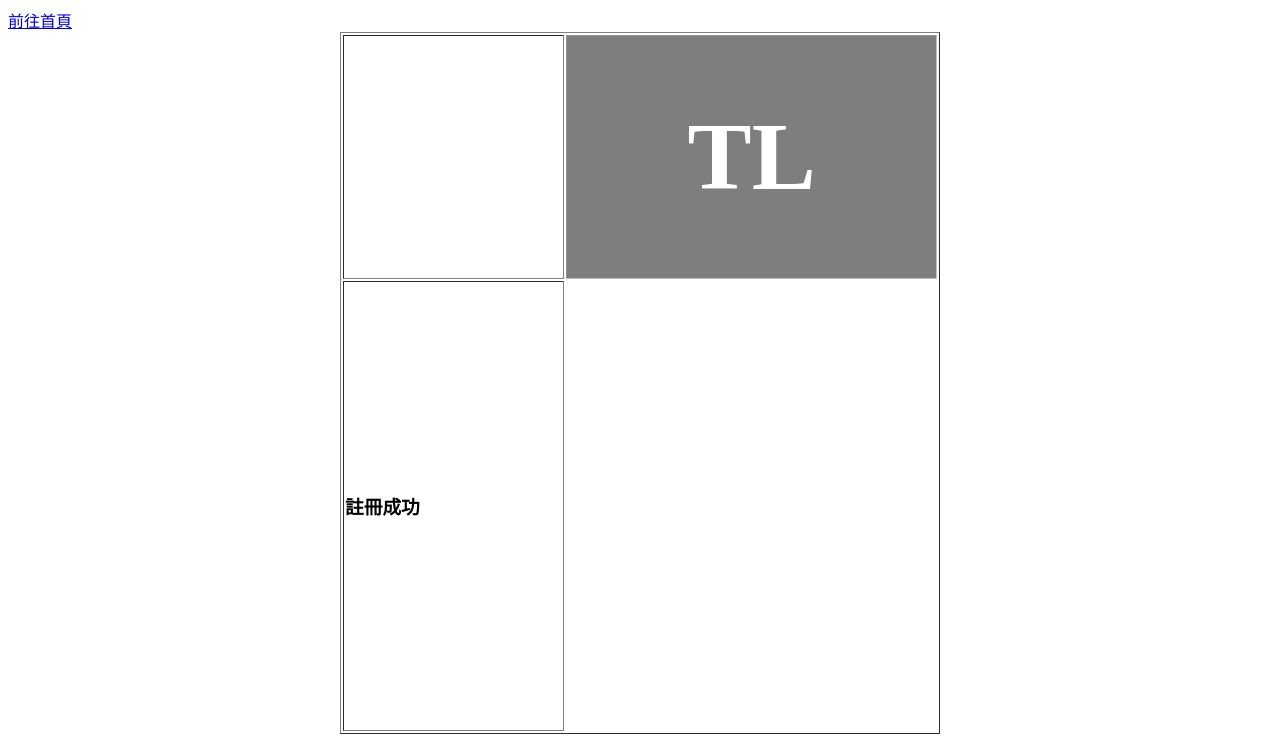
Repository: DAXMZB/Project
Page: http://localhost/SP2/addMemberSuccess.jsp
The author's editor kept a copy of each file at every save. The page is drawn from the files as they stood at one save, then again after the next save.
The browser window is 1280 px wide. The pictures show the whole page.
The page is served by Tomcat 9. Other server files are loaded and not shown.

Above is the page before, as saved 2026-02-09 07:01:19.

### SP2/src/main/webapp/addMemberSuccess.jsp
<%@ page language="java" contentType="text/html; charset=UTF-8"
	pageEncoding="UTF-8"%>
<!DOCTYPE html>
<html>
<head>
<meta charset="UTF-8">
<title>Insert title here</title>
</head>
<body>
	<table width=600 align=center border=1>
		<tr height=100>
			<td><%@include file="title.jsp"%></td>
		</tr>
		<tr height=450>
			<td><h3>註冊成功</h3></td>
			<a href="porder/loginSuccess.jsp">前往首頁</a>
		</tr>
	</table>

</body>
</html>

### SP2/src/main/webapp/title.jsp
<%@ page language="java" contentType="text/html; charset=UTF-8"
	pageEncoding="UTF-8"%>
<!DOCTYPE html>
<html>
<head>
<meta charset="UTF-8">
<title>Insert title here</title>
</head>
<body>
	<td colspan=2 bgcolor=black style="opacity: 0.5" align=center><font
		color=white size=7><b><h1>TL</h1></b></font></td>
</body>
</html>

After the next save:
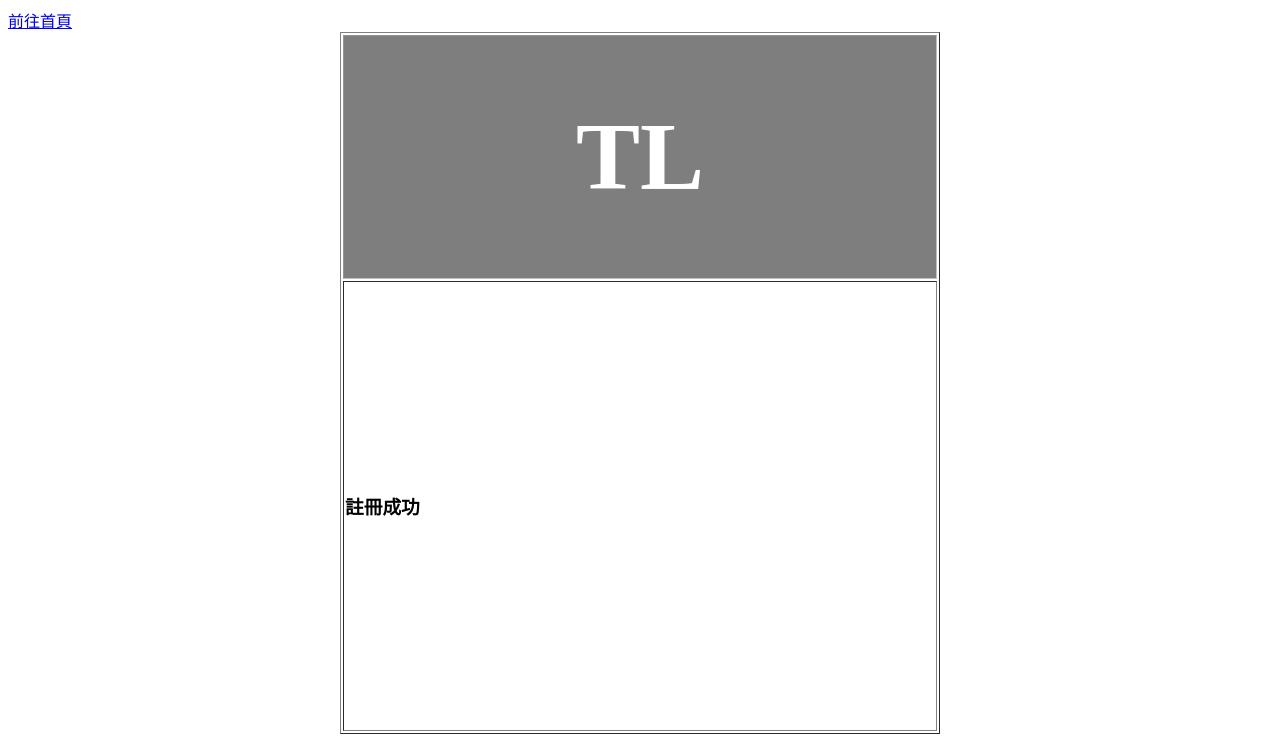
Saved 11 min 6 s later.
--- a/SP2/src/main/webapp/addMemberSuccess.jsp
+++ b/SP2/src/main/webapp/addMemberSuccess.jsp
@@ -9,7 +9,7 @@
 <body>
 	<table width=600 align=center border=1>
 		<tr height=100>
-			<td><%@include file="title.jsp"%></td>
+			<%@include file="title.jsp"%>
 		</tr>
 		<tr height=450>
 			<td><h3>註冊成功</h3></td>
